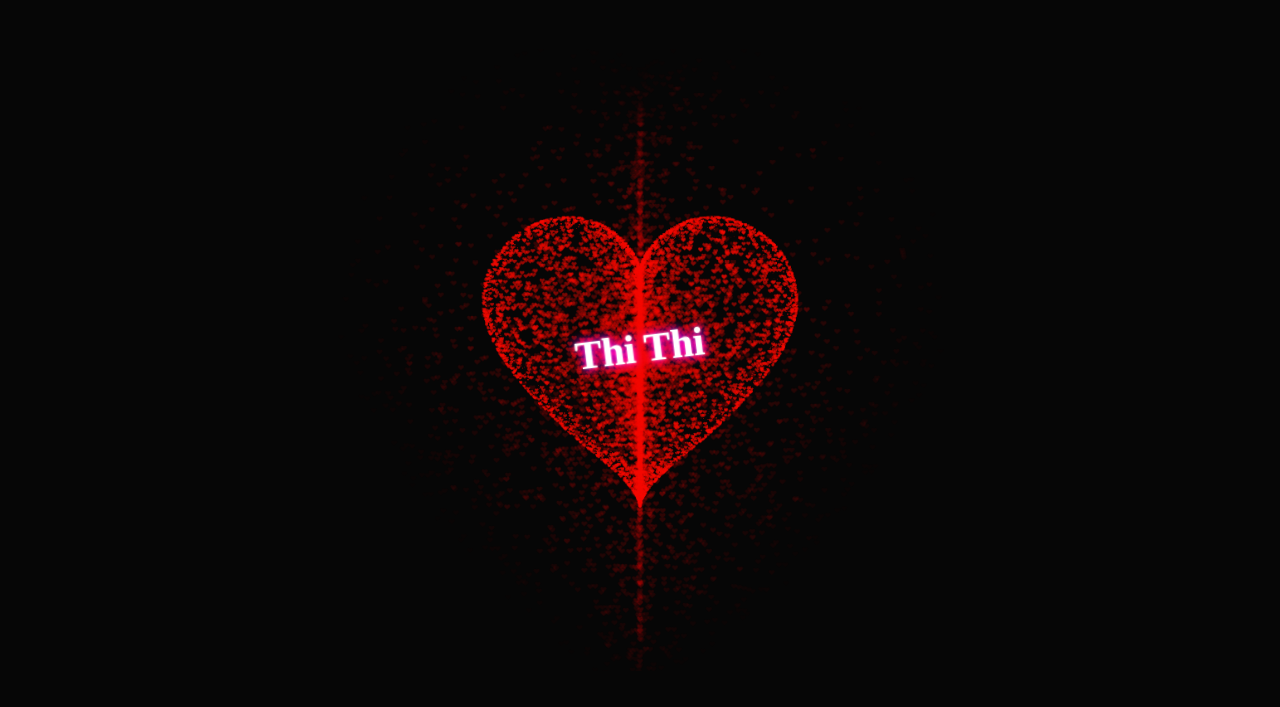
Repository: buivinhk1/Heart
Page: heart.html
An editor plug-in stored every save of this project. The page is shown before and after the next save, followed by the edit.
The browser window is 1280 px wide. The pictures show the whole page.
Some web fonts or font styles are not loaded; a fallback is used.

Above is the page before, as saved 2023-02-11 20:48:43.

After the next save:
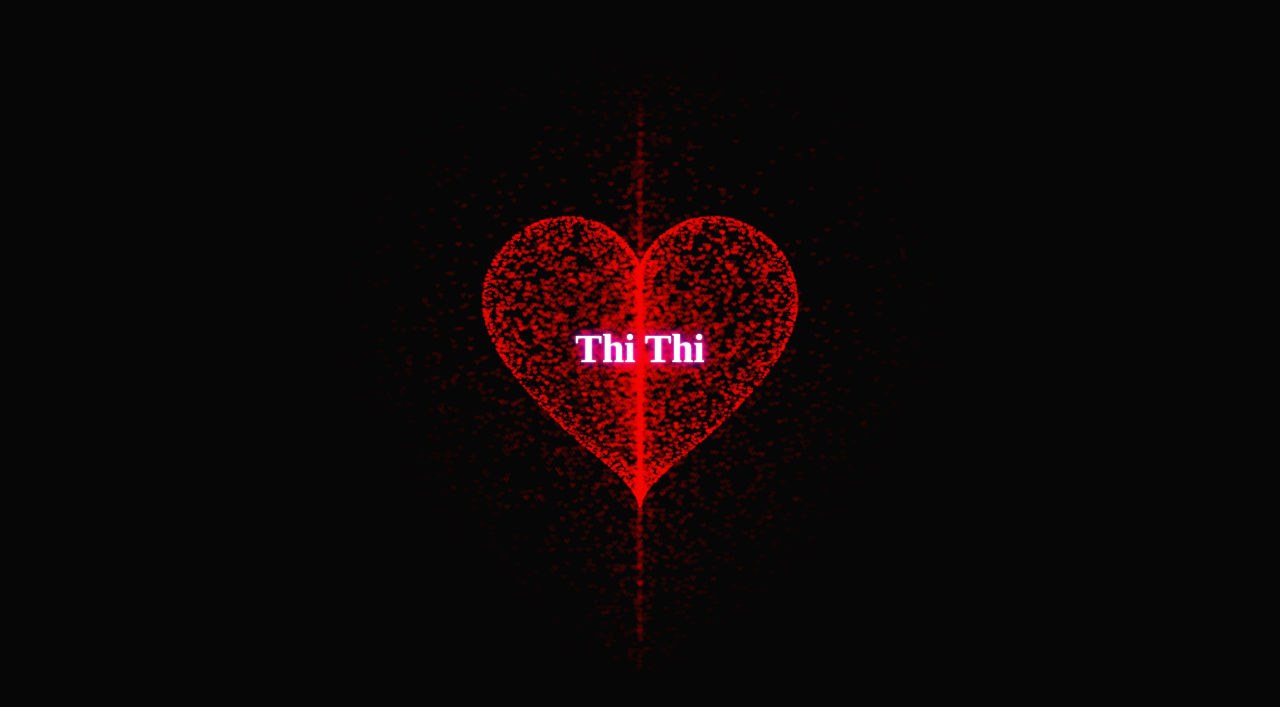
Saved 65 s later.
--- a/style.css
+++ b/style.css
@@ -71,6 +71,6 @@ body {
     margin-top: -0.6em;
     color: white;
     text-shadow: 0 0 0.05em #fff, 0 0 0.2em #fe05e1, 0 0 0.3em #fe05e1;
-    transform: rotate(-7deg);
+    /* transform: rotate(-7deg); */
     z-index: 1000
 }
